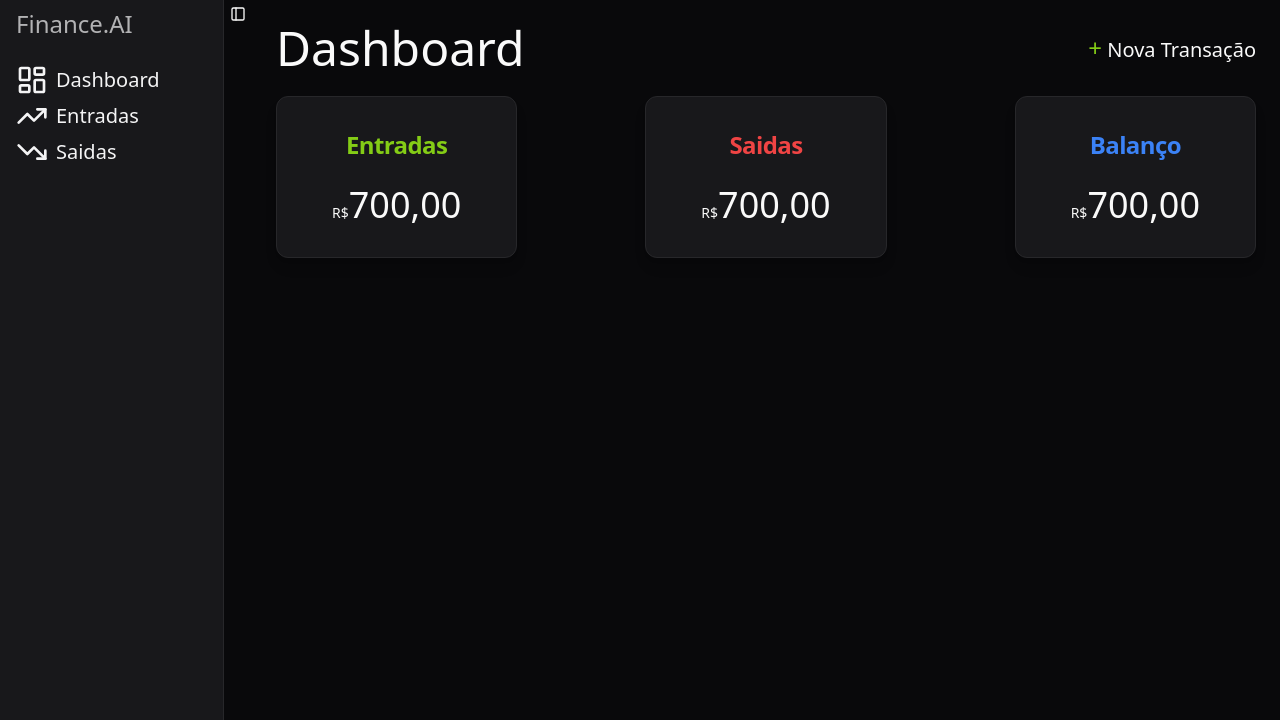
Repository: jvmotadev/web1front
Page: /
An editor plug-in stored every save of this project. The page is shown before and after the next save, followed by the edit.
The browser window is 1280 px wide. The pictures show the whole page.
The project was rebuilt for these pictures with package versions that can differ from the ones it lists, and the page was loaded fresh each time. Also part of the build but not shown: vite.config.ts, src/components/ui/input.tsx, src/components/ui/separator.tsx, src/components/ui/sheet.tsx, src/components/ui/skeleton.tsx, src/components/ui/tooltip.tsx, src/components/ui/label.tsx, src/components/ui/tabs.tsx and 4 more.

Above is the page before, as saved 2024-11-16 01:01:10.

After the next save:
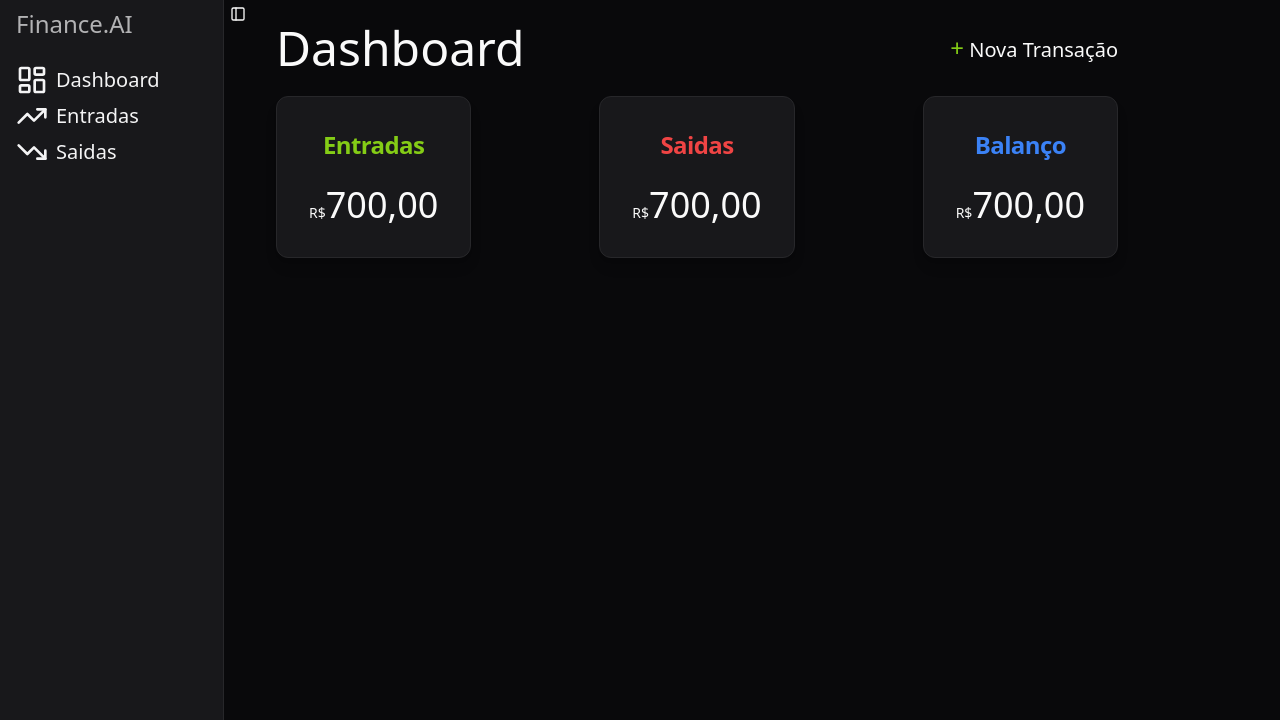
Saved 46 min 11 s later.
--- a/src/pages/dashboard.tsx
+++ b/src/pages/dashboard.tsx
@@ -12,7 +12,7 @@
     <Layout children={undefined}/>
 
 
-      <main className="flex-1 p-6 overflow-auto">
+      <main className="flex-wrap p-6 overflow-auto">
         <div className="flex justify-between">
           <h1 className="text-5xl">Dashboard</h1>
           <Dialog>

After the save that followed:
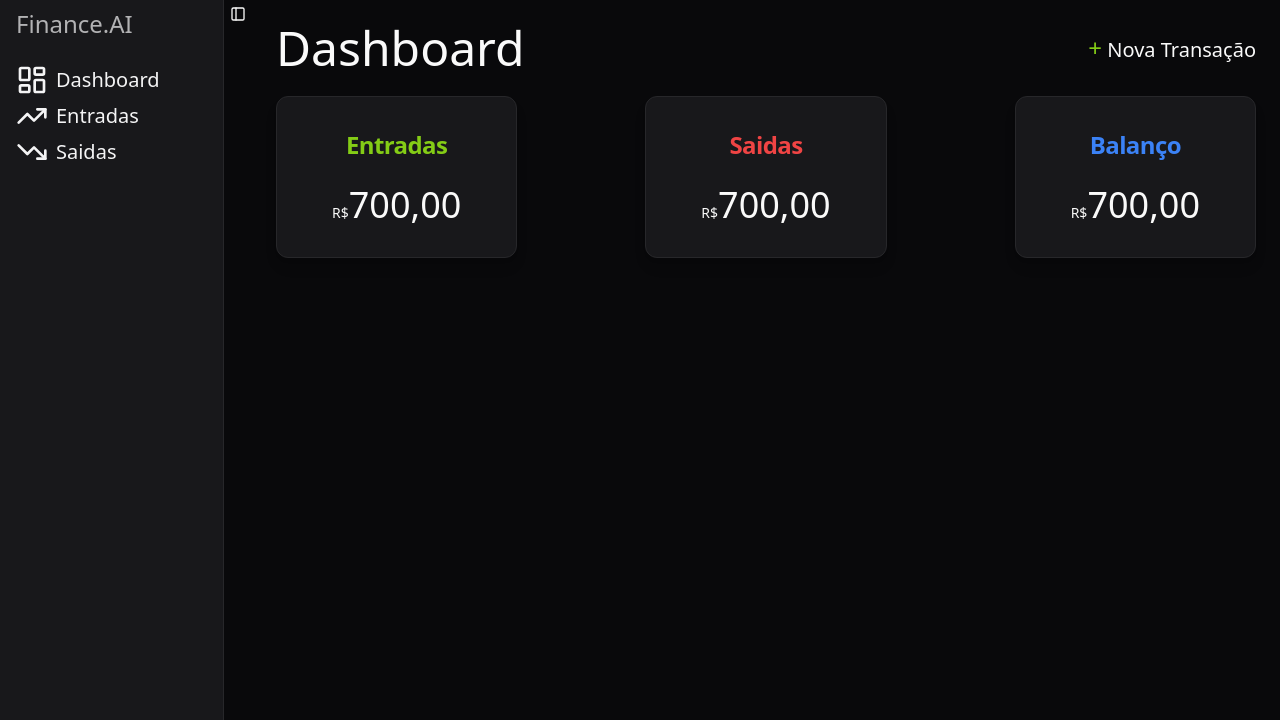
Saved 12 s later.
--- a/src/pages/dashboard.tsx
+++ b/src/pages/dashboard.tsx
@@ -12,7 +12,7 @@
     <Layout children={undefined}/>
 
 
-      <main className="flex-wrap p-6 overflow-auto">
+      <main className="flex-1 p-6 overflow-auto">
         <div className="flex justify-between">
           <h1 className="text-5xl">Dashboard</h1>
           <Dialog>
